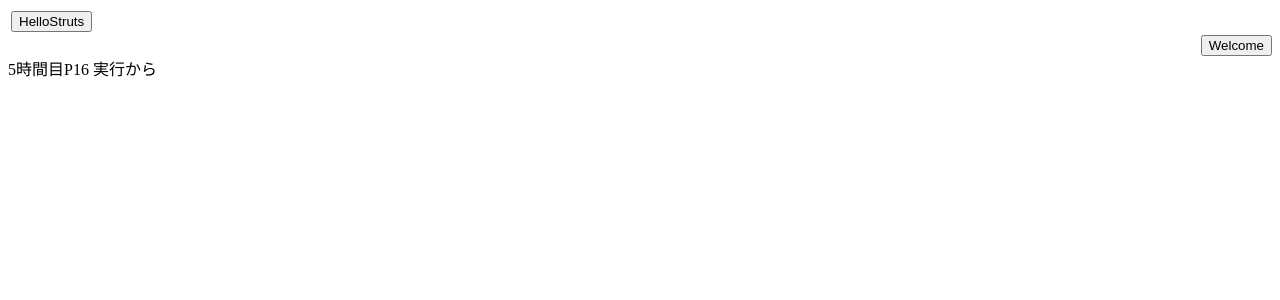
Repository: 1209mori05/test
Page: http://localhost/WebProj5/
The author's editor kept a copy of each file at every save. The page is drawn from the files as they stood at one save, then again after the next save.
The browser window is 1280 px wide. The pictures show the whole page.
The page is served by Tomcat 9. Other server files are loaded and not shown.

Above is the page before, as saved 2018-03-20 02:24:04.

### WebProj5/WebContent/index.jsp
<%@ page language="java" contentType="text/html; charset=UTF-8"
    pageEncoding="UTF-8"%>
<%@ taglib prefix="s" uri="/struts-tags" %>
<!DOCTYPE html>
<html>
<head>
<meta charset="UTF-8">
<title>INDEX</title>
</head>
<body>
	<s:form action="HelloStrutsAction">
		<s:submit value="HelloStruts" />
	</s:form>

	<form action="WelcomeAction">
		<s:submit value="Welcome" />
	</form>

	5時間目P16 実行から
</body>
</html>

After the next save:
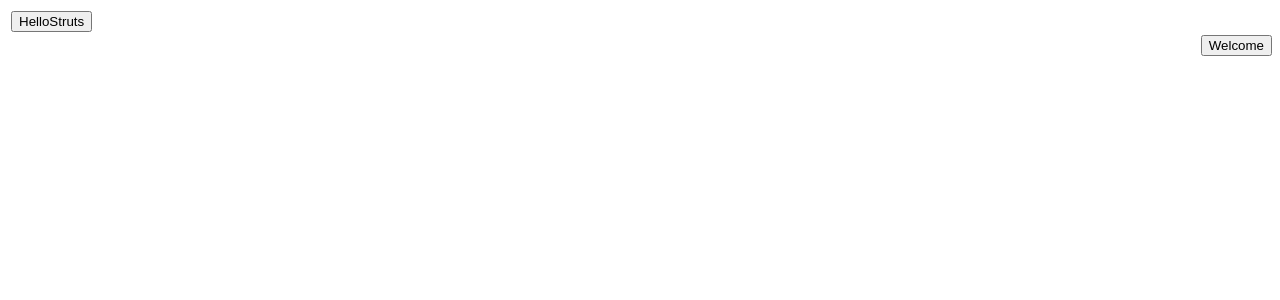
Saved 4 s later.
--- a/WebProj5/WebContent/index.jsp
+++ b/WebProj5/WebContent/index.jsp
@@ -16,6 +16,6 @@
 		<s:submit value="Welcome" />
 	</form>
 
-	5時間目P16 実行から
+
 </body>
 </html>
